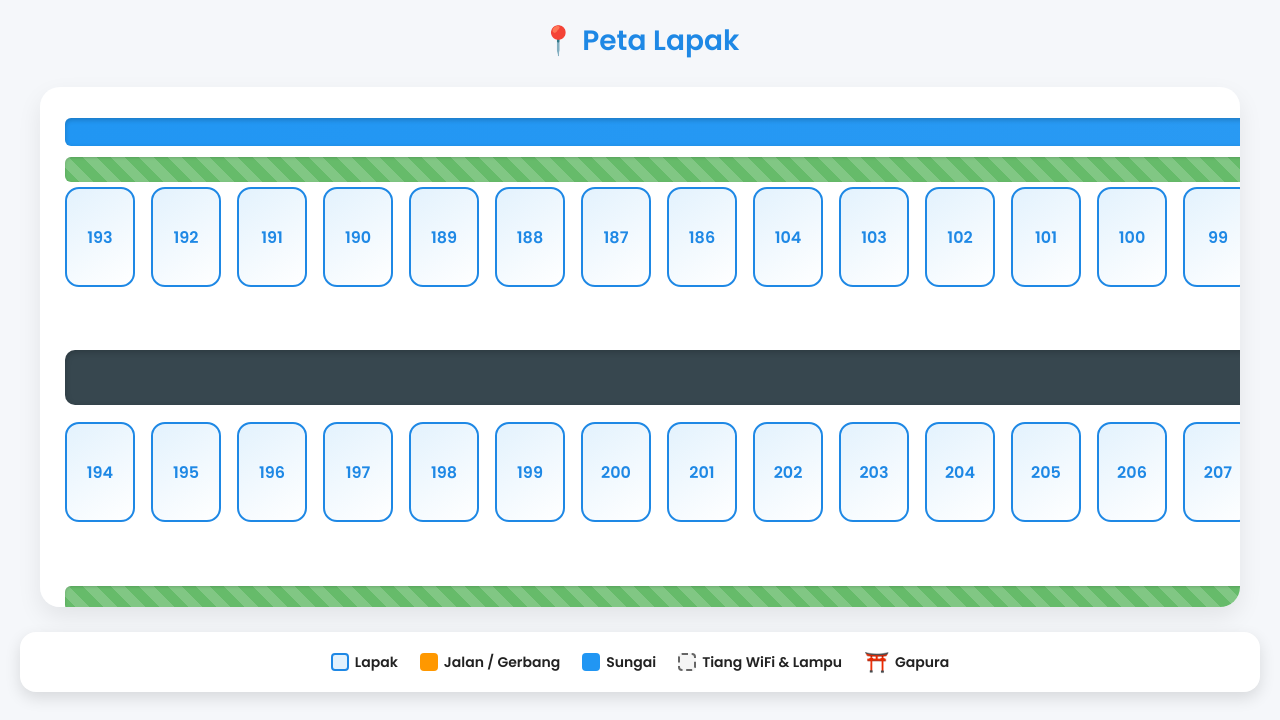
Repository: pasarrakyatbak/denah
Page: index.html
The author's editor kept a copy of each file at every save. The page is drawn from the files as they stood at one save, then again after a run of saves.
The browser window is 1280 px wide. The pictures show the whole page.
An inner scrolling area shows only its first screen.

Above is the page before, as saved 2025-09-19 18:47:49.

### index.html
<!DOCTYPE html>
<html lang="id">

<head>
    <meta charset="utf-8" />
    <meta name="viewport" content="width=device-width, initial-scale=1" />
    <title>Peta Lapak Modern</title>
    <link href="https://fonts.googleapis.com/css2?family=Poppins:wght@400;600&display=swap" rel="stylesheet">
    <link rel="stylesheet" href="style.css" />
</head>

<body>
    <h1>📍 Peta Lapak</h1>

    <!-- Tooltip -->
    <div class="tooltip" id="tooltip"></div>

    <!-- Grid Container -->
    <div class="scroll-container">
        <div class="h-inner">

            <!-- Rumput kiri -->
            <div class="sungai-side">🌊 Sungai</div>
            <div class="rumput"></div>

            <!-- Lapak kiri (atas jalan) -->
            <div class="row top" id="left-side"></div>

            <!-- Jalan utama -->
            <div class="road-wrapper">
                <div class="road">JALAN UTAMA</div>
            </div>

            <!-- Lapak kanan (bawah jalan) -->
            <div class="row bottom" id="right-side"></div>

            <!-- Rumput kanan -->
            <div class="rumput"></div>
            <div class="sungai-side">🌊 Sungai</div>
        </div>
    </div>


    <!-- Legend -->
    <div class="legend">
        <div>
            <div class="legend-color lapak-color"></div> Lapak
        </div>
        <div>
            <div class="legend-color jalan-color"></div> Jalan / Gerbang
        </div>
        <div>
            <div class="legend-color sungai-color"></div> Sungai
        </div>
        <div>
            <div class="legend-color tiang-color"></div> Tiang WiFi & Lampu
        </div>
        <div>
            <div class="legend-icon">⛩️</div> Gapura
        </div>
    </div>
    </div>

    <script src="script.js"></script>
</body>

</html>

### style.css
/* Reset & Base */
* {
    margin: 0;
    padding: 0;
    box-sizing: border-box;
}

body {
    font-family: 'Poppins', sans-serif;
    background: #f5f7fa;
    color: #222;
    padding: 20px;
    text-align: center;
}

h1 {
    font-size: 28px;
    margin-bottom: 25px;
    color: #1e88e5;
    font-weight: 700;
}

/* Scroll container */
.scroll-container {
    width: 100%;
    max-width: 1200px;
    height: 520px;
    overflow: auto;
    background: #fff;
    border-radius: 20px;
    padding: 25px;
    box-shadow: 0 10px 25px rgba(0, 0, 0, 0.08);
    margin: auto;
}

.h-inner {
    display: flex;
    flex-direction: column;
    gap: 5px;
    min-width: max-content;
}

.row {
    display: flex;
    gap: 16px;
    align-items: flex-start;
    flex-wrap: wrap;
    min-width: max-content;
}

/* Lapak modern */
.lapak {
    width: 70px;
    height: 100px;
    border-radius: 14px;
    background: linear-gradient(145deg, #e3f2fd, #ffffff);
    border: 2px solid #1e88e5;
    color: #1e88e5;
    font-weight: 600;
    display: flex;
    align-items: center;
    justify-content: center;
    cursor: pointer;
    font-size: 16px;
    transition: all 0.3s ease;
}

.lapak:hover {
    background: #1e88e5;
    color: #fff;
    transform: translateY(-6px) scale(1.08);
    box-shadow: 0 10px 18px rgba(30, 136, 229, 0.35);
}

/* Jalan utama */
.road {
    height: 85px;
    background: #37474f;
    color: #fff;
    display: flex;
    align-items: center;
    justify-content: center;
    border-radius: 14px;
    font-weight: 700;
    font-size: 16px;
    margin: 12px 0;
    letter-spacing: 1px;
    box-shadow: inset 0 2px 6px rgba(0, 0, 0, 0.2);
}

/* Jalan / Gerbang */
.jalan-gerbang {
    width: 150px;
    height: 50px;
    background: #ff9800;
    color: #fff;
    display: flex;
    align-items: center;
    justify-content: center;
    border-radius: 12px;
    font-weight: 700;
    transition: all 0.3s;
    box-shadow: 0 4px 12px rgba(255, 152, 0, 0.3);
}

.jalan-gerbang:hover {
    background: #fb8c00;
    transform: translateY(-4px);
}

/* Gapura lintas jalan */
.gapura-container {
    width: 70px;
    height: 100px;
    display: flex;
    flex-direction: column;
    align-items: center;
    justify-content: center;
    gap: 4px;
}

.gapura-icon {
    font-size: 26px;
}

.gapura-arrow {
    font-size: 18px;
}

/* Sungai */
.sungai-bawah {
    background: linear-gradient(180deg, #2196f3 0%, #64b5f6 100%);
    border-radius: 12px;
    color: #fff;
    font-weight: 600;
    display: flex;
    align-items: center;
    justify-content: center;
    font-size: 0.85em;
    width: 120%;
    height: 40px;
    box-shadow: 0 3px 8px rgba(33, 150, 243, 0.4);
}

.sungai-atas {
    background: linear-gradient(90deg, #00bfff, #4fc3f7);
    color: #fff;
    font-size: 12px;
    font-weight: bold;
    padding: 4px 10px;
    border-radius: 8px;
    margin-bottom: 5px;
}

/* Tiang WiFi + Lampu */
.tiang-container {
    width: auto;
    min-width: 120px;
    padding: 8px 12px;
    background: #fafafa;
    border: 2px dashed #666;
    border-radius: 16px;
    display: flex;
    flex-direction: row;
    /* <== sejajar horizontal */
    align-items: center;
    justify-content: center;
    gap: 12px;
    /* jarak antar ikon */
    font-size: 22px;
    font-weight: bold;
    color: #444;
    box-shadow: inset 0 2px 6px rgba(0, 0, 0, 0.05);
}

.tiang-label {
    font-size: 11px;
    font-weight: 600;
    color: #222;
}


/* Tooltip */
.tooltip {
    position: absolute;
    background: rgba(30, 136, 229, 0.95);
    color: #fff;
    padding: 7px 12px;
    border-radius: 8px;
    font-size: 13px;
    pointer-events: none;
    opacity: 0;
    transition: opacity 0.2s, transform 0.2s;
    z-index: 10;
    transform: translateY(-4px);
}

/* Legend */
.legend {
    margin-top: 25px;
    background: #fff;
    padding: 14px 20px;
    border-radius: 16px;
    box-shadow: 0 6px 16px rgba(0, 0, 0, 0.12);
    font-size: 14px;
    font-weight: 600;
    line-height: 1.6;
    display: flex;
    gap: 22px;
    justify-content: center;
    flex-wrap: wrap;
}

.legend div {
    display: flex;
    align-items: center;
    gap: 6px;
}

.legend-color {
    width: 18px;
    height: 18px;
    border-radius: 4px;
}

.legend-icon {
    font-size: 20px;
}

/* Legend colors */
.lapak-color {
    background: #e3f2fd;
    border: 2px solid #1e88e5;
}

.jalan-color {
    background: #ff9800;
}

.sungai-color {
    background: #2196f3;
}

.tiang-color {
    background: #f5f5f5;
    border: 2px dashed #666;
}

/* Wrapper */
.lapak-wrapper {
    display: flex;
    flex-direction: column;
    align-items: center;
    gap: 6px;
}

.lapak-wrapper .lapak {
    order: 2;
}

.lapak-wrapper .jalan-gerbang,
.lapak-wrapper .gapura-container,
.lapak-wrapper .sungai-atas,
.lapak-wrapper .sungai-bawah,
.lapak-wrapper .tiang-container {
    order: 1;
}

/* Bungkus jalan + rumput */
.road-wrapper {
    display: flex;
    flex-direction: column;
    gap: 6px;
    width: 100%;
}

/* Jalan utama penuh kiri kanan */
.road {
    height: 55px;
    width: 100%;
    background: #37474f;
    color: #fff;
    display: flex;
    align-items: center;
    justify-content: center;
    border-radius: 10px;
    font-weight: 700;
    font-size: 16px;
    letter-spacing: 1px;
    box-shadow: inset 0 2px 6px rgba(0, 0, 0, 0.2);
}

/* Rumput di sisi jalan */
.rumput {
    height: 25px;
    width: 100%;
    background: repeating-linear-gradient(45deg,
            #66bb6a,
            #66bb6a 10px,
            #81c784 10px,
            #81c784 20px);
    border-radius: 6px;
    box-shadow: inset 0 1px 3px rgba(0, 0, 0, 0.15);
}

/* Sungai samping */
.sungai-side {
    width: 100%;
    height: 28px;
    background: linear-gradient(90deg, #2196f3, #64b5f6);
    border-radius: 6px;
    color: #fff;
    font-weight: 600;
    font-size: 13px;
    display: flex;
    align-items: center;
    justify-content: center;
    gap: 6px;
    box-shadow: inset 0 2px 5px rgba(0, 0, 0, 0.2);
    margin: 6px 0;
}

/* Responsive */
@media(max-width:900px) {
    .scroll-container {
        height: 450px;
    }

    .lapak {
        width: 60px;
        height: 90px;
        font-size: 14px;
    }

    .jalan-gerbang {
        width: 120px;
        height: 45px;
        font-size: 13px;
    }
}

@media(max-width:600px) {
    body {
        padding: 12px;
    }

    h1 {
        font-size: 22px;
    }

    .scroll-container {
        height: 400px;
        padding: 12px;
    }

    .lapak {
        width: 50px;
        height: 80px;
        font-size: 13px;
    }

    .jalan-gerbang {
        width: 100px;
        height: 40px;
        font-size: 12px;
    }

    .sungai-bawah {
        width: 100%;
        height: 35px;
        font-size: 0.75em;
    }
}

### script.js
// DATA NOMOR
const leftNumbers = [1, 2, 3, 4, 5, 6, 7, 8, 9, 10, 11, 15, 16, 17, 18, 19, 20, 21, 22, 23, 24, 25, 26, 27, 28, 29, 30, 31, 32, 33, 34, 35, 36, 37, 38, 39, 40, 41, 42, 43, 44, 45, 46, 47, 48, 49, 50, 51, 52, 53, 54, 55, 56, 57, 58, 59, 60, 61, 62, 63, 64, 65, 66, 67, 68, 69, 70, 71, 72, 73, 74, 75, 76, 77, 78, 79, 80, 81, 82, 83, 84, 85, 86, 87, 88, 89, 90, 91, 92, 93, 94, 95, 96, 97, 98, 99, 100, 101, 102, 103, 104, 186, 187, 188, 189, 190, 191, 192, 193];
const rightNumbers = [194, 195, 196, 197, 198, 199, 200, 201, 202, 203, 204, 205, 206, 207, 208, 209, 210, 211, 212, 213, 105, 106, 107, 108, 109, 110, 111, 112, 113, 114, 115, 116, 117, 118, 119, 120, 121, 122, 123, 124, 125, 126, 127, 128, 129, 130, 131, 132, 133, 134, 135, 136, 137, 138, 214, 215, 216, 139, 140, 141, 142, 143, 144, 145, 146, 147, 148, 149, 150, 151, 152, 153, 154, 155, 156, 157, 158, 159, 160, 161, 162, 163, 164, 165, 166, 167, 168, 169, 170, 171, 172, 173, 174, 175, 176, 177, 178, 179, 180, 181, 182, 183, 184, 185];

const rightSide = document.getElementById('right-side');
const leftSide = document.getElementById('left-side');

// Buat lapak
function makeLapak(num) {
    const d = document.createElement('div');
    d.className = 'lapak';
    d.textContent = num;
    return d;
}

rightNumbers.forEach(n => rightSide.appendChild(makeLapak(n)));
leftNumbers.slice().reverse().forEach(n => leftSide.appendChild(makeLapak(n)));

// Gerbang
function insertGerbangBetween(parent, a, b, label = 'Gerbang') {
    const children = Array.from(parent.children);
    const idxA = children.findIndex(c => c.textContent == String(a));
    const idxB = children.findIndex(c => c.textContent == String(b));
    if (idxA === -1 || idxB === -1) return;
    const insertAfterIndex = Math.min(idxA, idxB);
    const refNode = parent.children[insertAfterIndex + 1] || null;
    const g = document.createElement('div');
    g.className = 'jalan-gerbang';
    g.textContent = label;
    parent.insertBefore(g, refNode);
}
insertGerbangBetween(leftSide, 2, 3);
insertGerbangBetween(leftSide, 11, 15);

// Gapura lintas jalan
function insertGapura(leftParent, rightParent, a, b) {
    const idxL = Array.from(leftParent.children).findIndex(c => c.textContent == a);
    const idxR = Array.from(rightParent.children).findIndex(c => c.textContent == b);
    if (idxL === -1 || idxR === -1) return;

    const gapuraBottom = document.createElement('div');
    gapuraBottom.className = 'gapura-container';
    gapuraBottom.innerHTML = `<div class="gapura-icon">⛩️</div><div class="gapura-arrow">⬆️</div>`;
    leftParent.insertBefore(gapuraBottom, leftParent.children[idxL + 1]);

    const gapuraTop = document.createElement('div');
    gapuraTop.className = 'gapura-container';
    gapuraTop.innerHTML = `<div class="gapura-arrow">⬇️</div><div class="gapura-icon">⛩️</div>`;
    rightParent.insertBefore(gapuraTop, rightParent.children[idxR]);
}
insertGapura(leftSide, rightSide, 57, 146);

// Sungai
function placeSungaiBelow(parent, num) {
    const target = Array.from(parent.children).find(c => c.textContent == num);
    if (!target) return;
    const wrapper = document.createElement('div');
    wrapper.className = 'lapak-wrapper';
    wrapper.setAttribute('data-lapak', num);
    parent.insertBefore(wrapper, target);
    wrapper.appendChild(target);

    const sungai = document.createElement('div');
    sungai.className = 'sungai-bawah';
    sungai.textContent = 'Sungai';
    wrapper.appendChild(sungai);
}
function placeSungaiAbove(parent, num) {
    const target = Array.from(parent.children).find(c => c.textContent == num);
    if (!target) return;
    const wrapper = document.createElement('div');
    wrapper.className = 'lapak-wrapper';
    wrapper.setAttribute('data-lapak', num);
    parent.insertBefore(wrapper, target);
    wrapper.appendChild(target);

    const sungai = document.createElement('div');
    sungai.className = 'sungai-atas';
    sungai.textContent = 'Sungai';
    wrapper.insertBefore(sungai, target);
}
placeSungaiBelow(leftSide, 62);
placeSungaiAbove(rightSide, 141);

// Tiang WiFi + Lampu
function insertTiangAbove(parent, num) {
    const target = Array.from(parent.children).find(c => c.textContent == num);
    if (!target) return;

    // Bungkus dulu
    const wrapper = document.createElement('div');
    wrapper.className = 'lapak-wrapper';
    parent.insertBefore(wrapper, target);
    wrapper.appendChild(target);

    // Tambah tiang di atas lapak
    const tiang = document.createElement('div');
    tiang.className = 'tiang-container';
    tiang.innerHTML = `📡<div class="tiang-label">WiFi</div>💡<div class="tiang-label">Lampu</div>`;
    wrapper.insertBefore(tiang, target);
}


// Jalan
function insertJalan(parent, a, b, label = 'Jalan') {
    const idxA = Array.from(parent.children).findIndex(c => c.textContent == a);
    const idxB = Array.from(parent.children).findIndex(c => c.textContent == b);
    if (idxA === -1 || idxB === -1) return;
    const insertAfter = Math.min(idxA, idxB);
    const refNode = parent.children[insertAfter + 1] || null;
    const jalan = document.createElement('div');
    jalan.className = 'jalan-gerbang';
    jalan.textContent = label;
    parent.insertBefore(jalan, refNode);
}

// Contoh insert
insertJalan(rightSide, 156, 157);
insertJalan(rightSide, 216, 139);
insertJalan(rightSide, 163, 164);
insertJalan(rightSide, 180, 181);
insertTiangAbove(rightSide, 20, 201);
insertTiangAbove(rightSide, 108, 109);
insertTiangAbove(rightSide, 124, 125);
insertTiangAbove(rightSide, 137, 138);

const tooltip = document.getElementById('tooltip');

function showTooltip(e, text) {
    tooltip.textContent = text;
    tooltip.style.left = e.pageX + 10 + 'px';
    tooltip.style.top = e.pageY + 10 + 'px';
    tooltip.style.opacity = 1;
}

function hideTooltip() {
    tooltip.style.opacity = 0;
}

// Tambahkan tooltip untuk setiap elemen
document.querySelectorAll('.lapak').forEach(el => {
    el.addEventListener('mouseenter', e => showTooltip(e, 'Lapak #' + el.textContent));
    el.addEventListener('mousemove', e => showTooltip(e, 'Lapak #' + el.textContent));
    el.addEventListener('mouseleave', hideTooltip);
});

document.querySelectorAll('.jalan-gerbang').forEach(el => {
    el.addEventListener('mouseenter', e => showTooltip(e, 'Jalan / Gerbang: ' + el.textContent));
    el.addEventListener('mousemove', e => showTooltip(e, 'Jalan / Gerbang: ' + el.textContent));
    el.addEventListener('mouseleave', hideTooltip);
});

document.querySelectorAll('.sungai-bawah, .sungai-atas').forEach(el => {
    el.addEventListener('mouseenter', e => showTooltip(e, 'Sungai'));
    el.addEventListener('mousemove', e => showTooltip(e, 'Sungai'));
    el.addEventListener('mouseleave', hideTooltip);
});

document.querySelectorAll('.tiang-container').forEach(el => {
    el.addEventListener('mouseenter', e => showTooltip(e, 'Tiang WiFi & Lampu'));
    el.addEventListener('mousemove', e => showTooltip(e, 'Tiang WiFi & Lampu'));
    el.addEventListener('mouseleave', hideTooltip);
});

document.querySelectorAll('.gapura-container').forEach(el => {
    el.addEventListener('mouseenter', e => showTooltip(e, 'Gapura Lintas Jalan'));
    el.addEventListener('mousemove', e => showTooltip(e, 'Gapura Lintas Jalan'));
    el.addEventListener('mouseleave', hideTooltip);
});

After the next 5 saves:
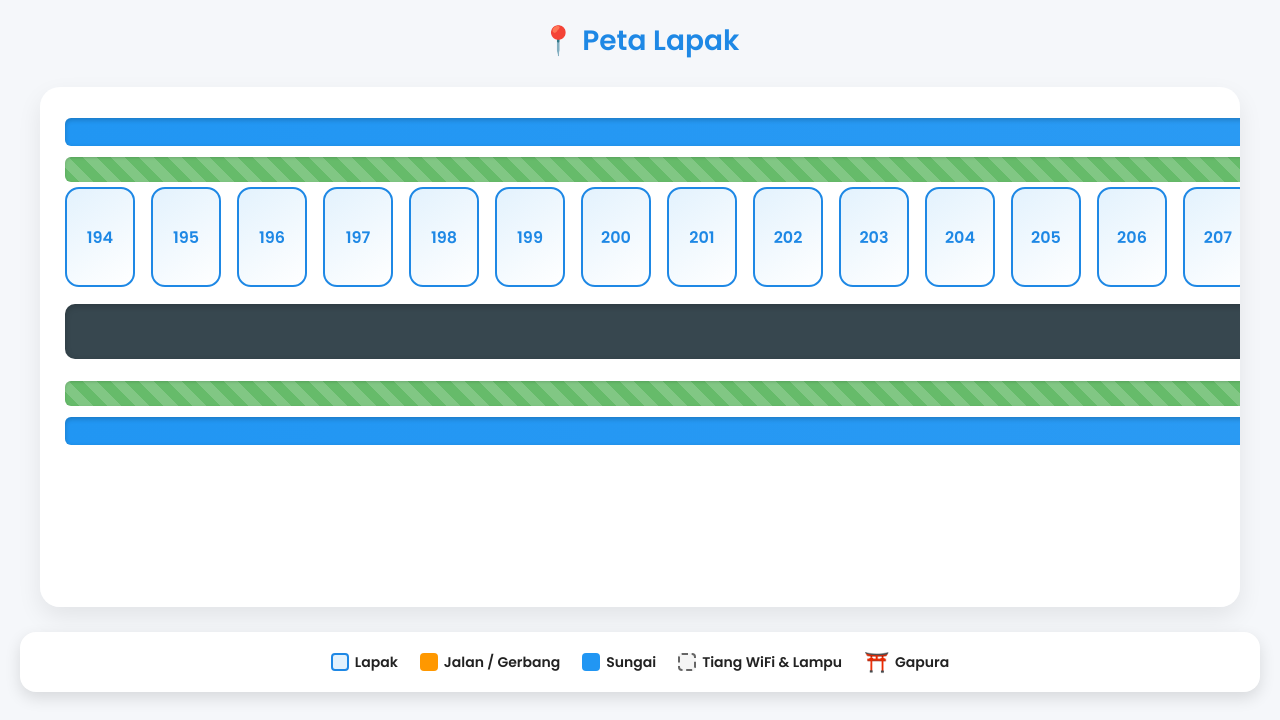
Console error: TypeError: Cannot read properties of null (reading 'appendChild')
The 5 saves are shown as one change because they came seconds apart.
The last was saved 3 min 0 s later.
--- a/index.html
+++ b/index.html
@@ -23,8 +23,7 @@
             <div class="sungai-side">🌊 Sungai</div>
             <div class="rumput"></div>
 
-            <!-- Lapak kiri (atas jalan) -->
-            <div class="row top" id="left-side"></div>
+            <div class="row bottom" id="right-side"></div>
 
             <!-- Jalan utama -->
             <div class="road-wrapper">

After the 2 saves that followed:
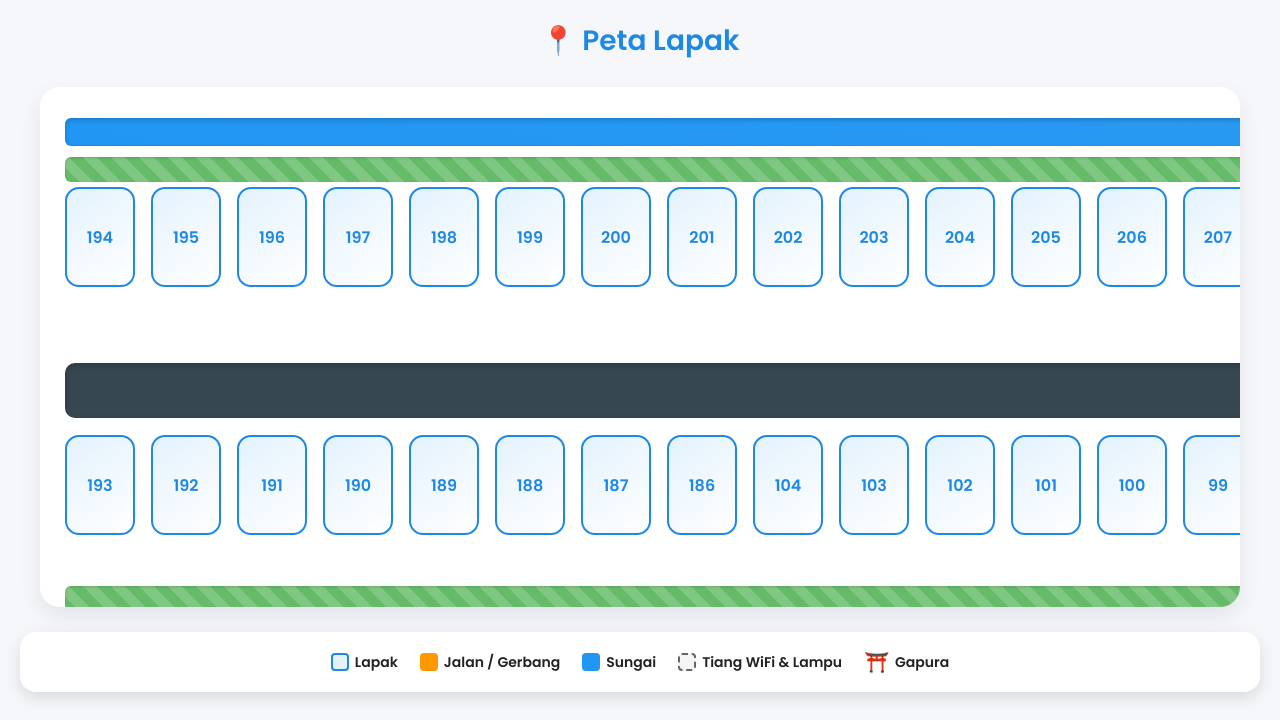
The error is gone.
The 2 saves are shown as one change because they came seconds apart.
The last was saved 12 s later.
--- a/index.html
+++ b/index.html
@@ -30,8 +30,7 @@
                 <div class="road">JALAN UTAMA</div>
             </div>
 
-            <!-- Lapak kanan (bawah jalan) -->
-            <div class="row bottom" id="right-side"></div>
+            <div class="row top" id="left-side"></div>
 
             <!-- Rumput kanan -->
             <div class="rumput"></div>
